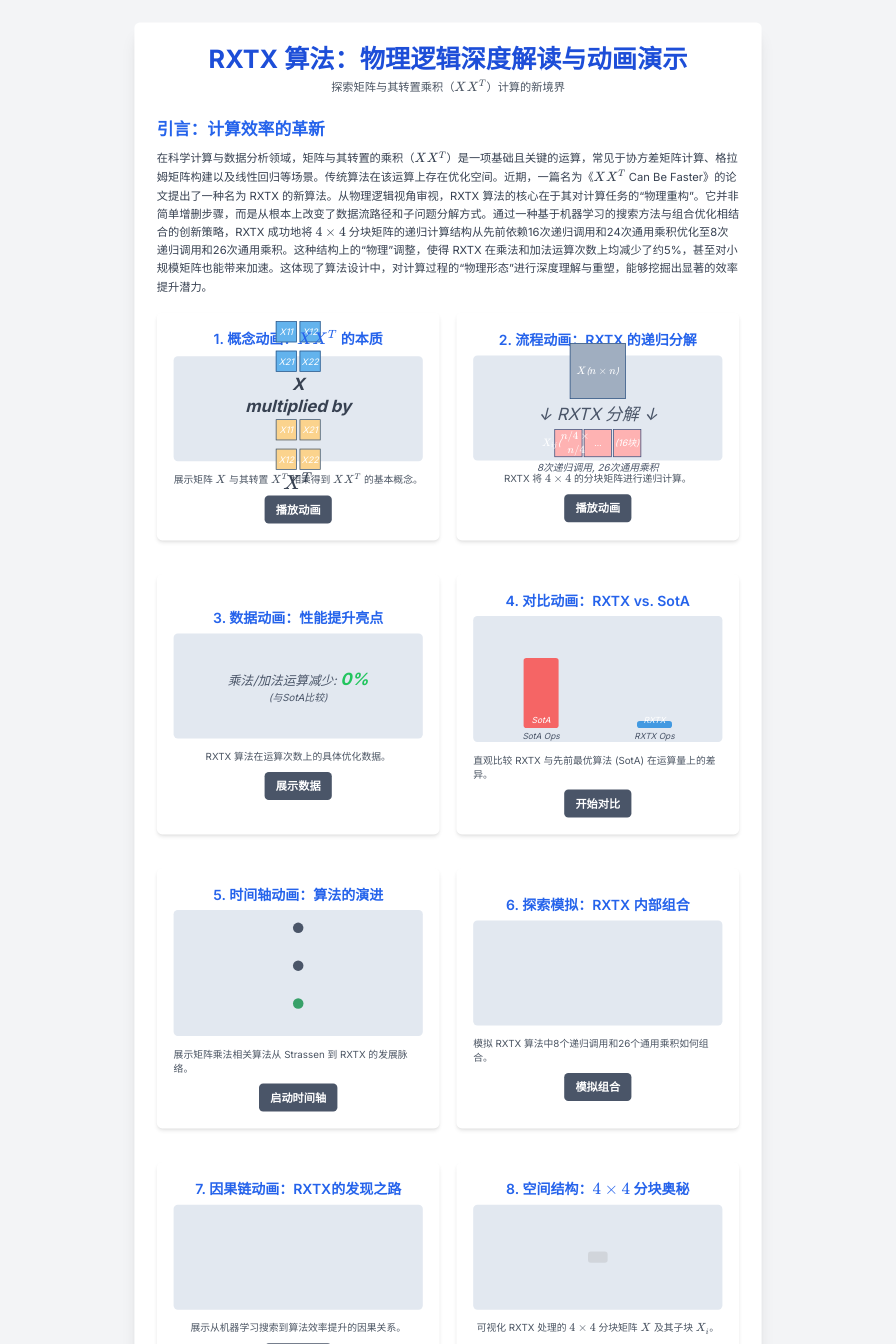
Repository: james130012/newcline
Page: useful/新矩阵乘法.html
An editor plug-in stored every save of this project. The page is shown before and after the next save, followed by the edit.
The browser window is 1280 px wide. The pictures show the part of the page from y = 0 to 1920 px (the page is 2936 px tall), at 70% of full size.
Some web libraries are served in a nearby version.

Above is the page before, as saved 2025-05-17 13:00:44.

After the next save:
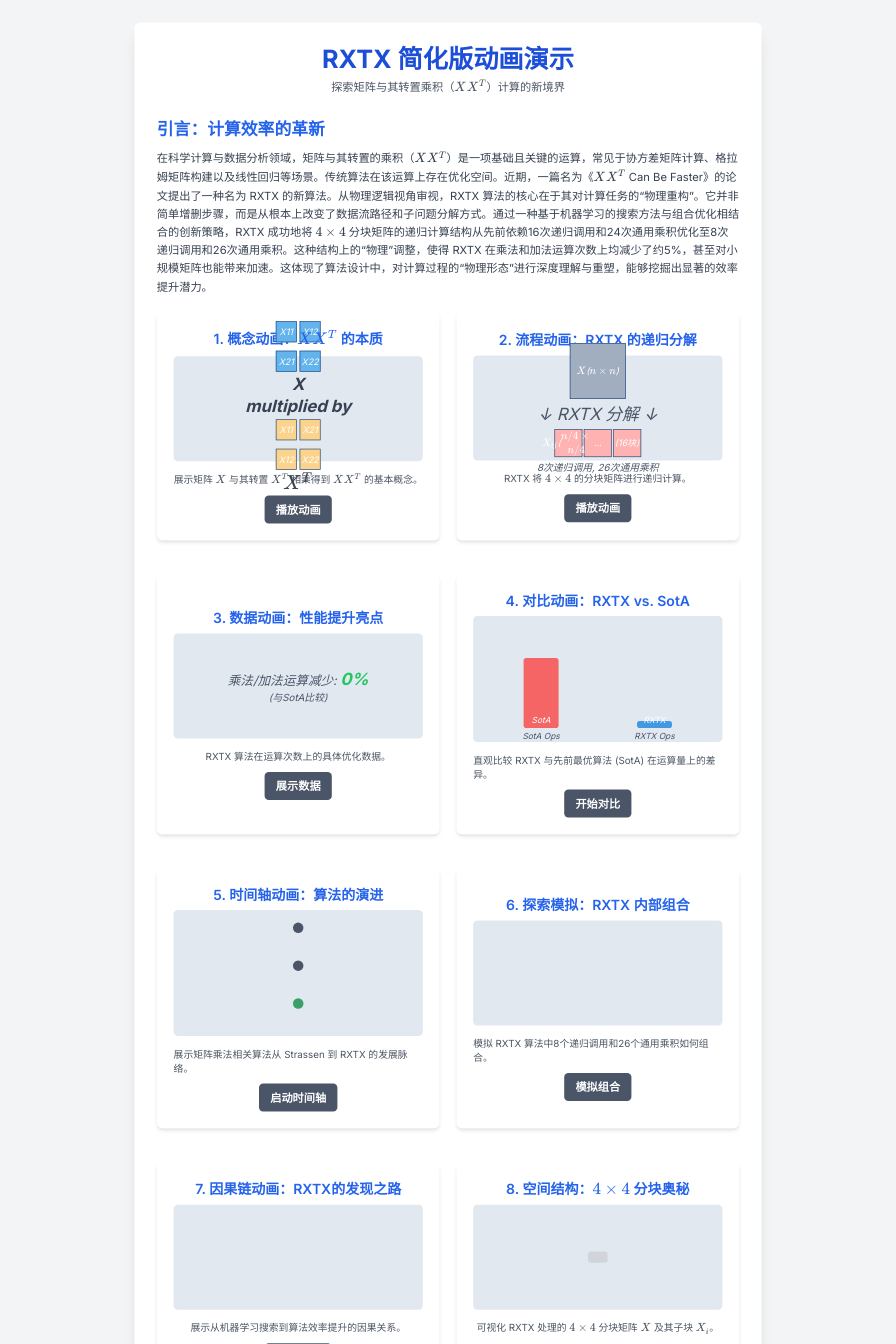
Saved 23 s later.
--- a/useful/新矩阵乘法.html
+++ b/useful/新矩阵乘法.html
@@ -102,7 +102,7 @@
 <body class="bg-gray-100 p-4 md:p-8">
     <div class="container mx-auto max-w-4xl bg-white shadow-xl rounded-lg p-6 md:p-8">
         <header class="text-center mb-8">
-            <h1 class="text-3xl md:text-4xl font-bold text-blue-700">RXTX 算法：物理逻辑深度解读与动画演示</h1>
+            <h1 class="text-3xl md:text-4xl font-bold text-blue-700">RXTX 简化版动画演示</h1>
             <p class="text-gray-600 mt-2">探索矩阵与其转置乘积（$XX^T$）计算的新境界</p>
         </header>
 
